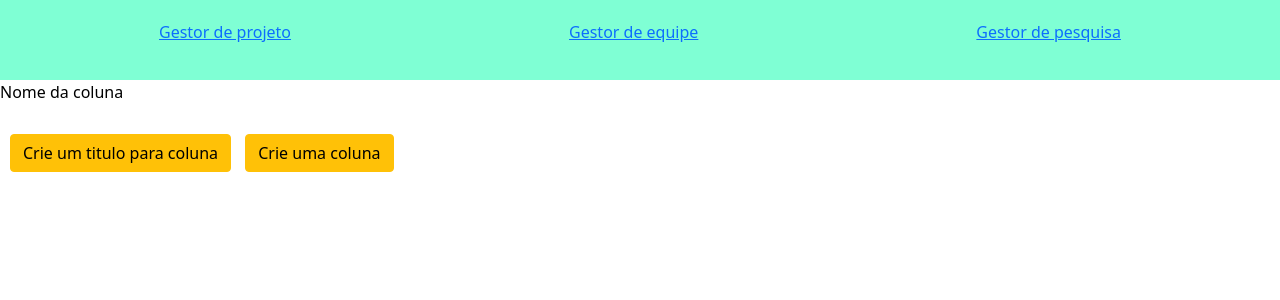
Repository: shadowruge/kanban
Page: index.html
An editor plug-in stored every save of this project. The page is shown before and after the next save, followed by the edit.
The browser window is 1280 px wide. The pictures show the whole page.

Above is the page before, as saved 2021-06-12 21:21:44.

After the next save:
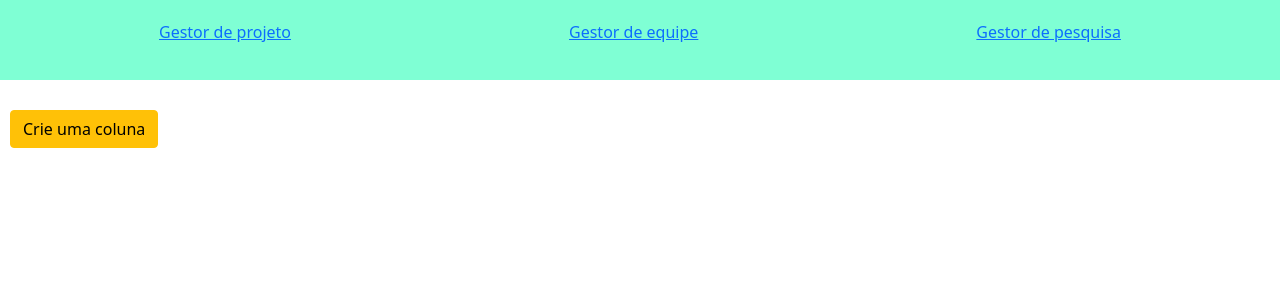
Saved 49 s later.
--- a/index.html
+++ b/index.html
@@ -24,8 +24,7 @@
   <body>
 
     <!--botão-->
-    <input type="text" id="myText" value="Nome da coluna"><br>
-    <button type="button" class="btn btn-warning"  onclick="myFunction()">Crie um titulo para coluna</button>
+
    <button type="button" class="btn btn-warning" onclick="textareaFunction()">Crie uma coluna</button>
 
    <br /><br /><br /><br />
